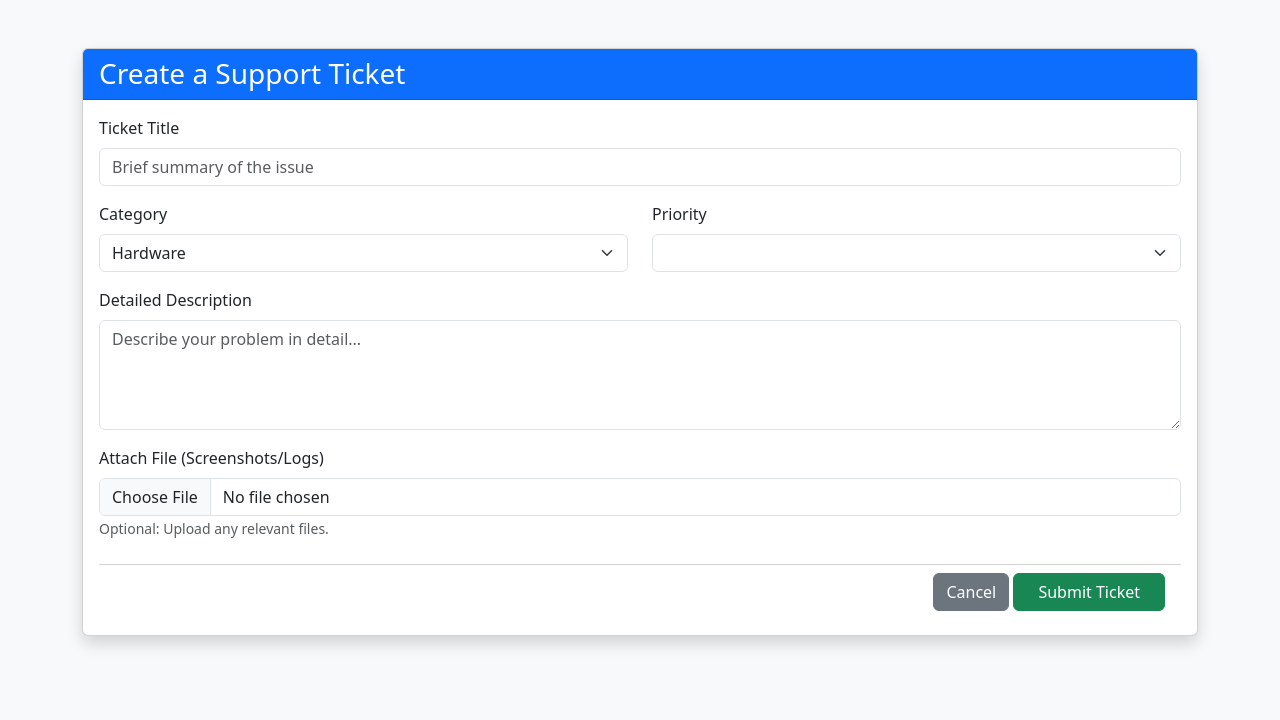
Repository: stevethetechguy/Ticketing-Gateway-System
Page: http://localhost/TicketGatewayUI/WEB-INF/views/raiseTicket.jsp
The author's editor kept a copy of each file at every save. The page is drawn from the files as they stood at one save, then again after the next save.
The browser window is 1280 px wide. The pictures show the whole page.
The page is served by Tomcat 9. Nobody is signed in. Other server files are loaded and not shown. The template is opened directly, without the code that normally fills it, so the values that code supplies are empty.

Above is the page before, as saved 2026-02-05 17:26:57.

### TicketGatewayUI/src/main/webapp/WEB-INF/views/raiseTicket.jsp
<%@ page language="java" contentType="text/html; charset=UTF-8" pageEncoding="UTF-8"%>
<%@ taglib prefix="form" uri="http://www.springframework.org/tags/form" %>
<%@ taglib prefix="c" uri="http://java.sun.com/jsp/jstl/core" %>

<!DOCTYPE html>
<html>
<head>
    <title>Raise New Ticket</title>
	<link href="https://cdn.jsdelivr.net/npm/bootstrap@5.3.8/dist/css/bootstrap.min.css" rel="stylesheet" integrity="sha384-sRIl4kxILFvY47J16cr9ZwB07vP4J8+LH7qKQnuqkuIAvNWLzeN8tE5YBujZqJLB" crossorigin="anonymous">
    <script src="https://code.jquery.com/jquery-3.6.0.min.js"></script>
</head>
<body class="bg-light">

<div class="container mt-5">
    <div class="card shadow">
        <div class="card-header bg-primary text-white">
            <h3 class="card-title mb-0">Create a Support Ticket</h3>
        </div>
        <div class="card-body">
            <form:form action="${pageContext.request.contextPath}/saveTicket"
                       method="POST"
                       modelAttribute="ticket"
                       enctype="multipart/form-data"
                       id="ticketForm">

                <div class="row">
                    <div class="col-md-12 mb-3">
                        <label class="form-label">Ticket Title</label>
                        <form:input path="title" class="form-control" placeholder="Brief summary of the issue" required="true"/>
                    </div>

                    <div class="col-md-6 mb-3">
                        <label class="form-label">Category</label>
                        <form:select path="category" class="form-select">
                            <form:option value="Hardware" label="Hardware"/>
                            <form:option value="Software" label="Software"/>
                            <form:option value="Network" label="Network"/>
                            <form:option value="Access Request" label="Access Request"/>
                        </form:select>
                    </div>

                    <div class="col-md-6 mb-3">
                        <label class="form-label">Priority</label>
                        <form:select path="priority" class="form-select">
                            <c:forEach items="${priorities}" var="p">
                                <form:option value="${p}" label="${p}"/>
                            </c:forEach>
                        </form:select>
                    </div>

                    <div class="col-md-12 mb-3">
                        <label class="form-label">Detailed Description</label>
                        <form:textarea path="description" class="form-control" rows="4" placeholder="Describe your problem in detail..." required="true"/>
                    </div>

                    <div class="col-md-12 mb-4">
                        <label class="form-label">Attach File (Screenshots/Logs)</label>
                        <input type="file" name="ticketFile" class="form-control" />
                        <small class="text-muted">Optional: Upload any relevant files.</small>
                    </div>
                </div>

                <div class="card-footer text-end bg-transparent">
                    <a href="${pageContext.request.contextPath}/dashboard" class="btn btn-secondary">Cancel</a>
                    <button type="submit" class="btn btn-success px-4">Submit Ticket</button>
                </div>
            </form:form>
        </div>
    </div>
</div>

<script>
    // Simple jQuery to show a loading state on the button
    $(document).ready(function() {
        $('#ticketForm').on('submit', function() {
            $(this).find('button[type="submit"]').attr('disabled', 'disabled').text('Submitting...');
        });
    });
</script>

</body>
</html>

### TicketGatewayUI/src/main/webapp/WEB-INF/views/navbar.jsp
<%@ taglib prefix="sec" uri="http://www.springframework.org/security/tags" %>
<nav class="main-nav">
    <div class="nav-container">
        <div class="logo">Ticketing System</div>
        <ul class="nav-links">
            <li><a href="/dashboard">Dashboard</a></li>

            <sec:authorize access="hasRole('USER')">
                <li><a href="/raise-ticket">Raise Ticket</a></li>
                <li><a href="/my-tickets">My Tickets</a></li>
            </sec:authorize>

            <sec:authorize access="hasRole('MANAGER')">
                <li><a href="/approvals">Pending Approvals</a></li>
            </sec:authorize>

            <sec:authorize access="hasRole('ADMIN')">
                <li><a href="/manage-users">Employees</a></li>
                <li><a href="/reports">Reports</a></li>
            </sec:authorize>

            <li><a href="/logout">Logout</a></li>
        </ul>
    </div>
</nav>

After the next save:
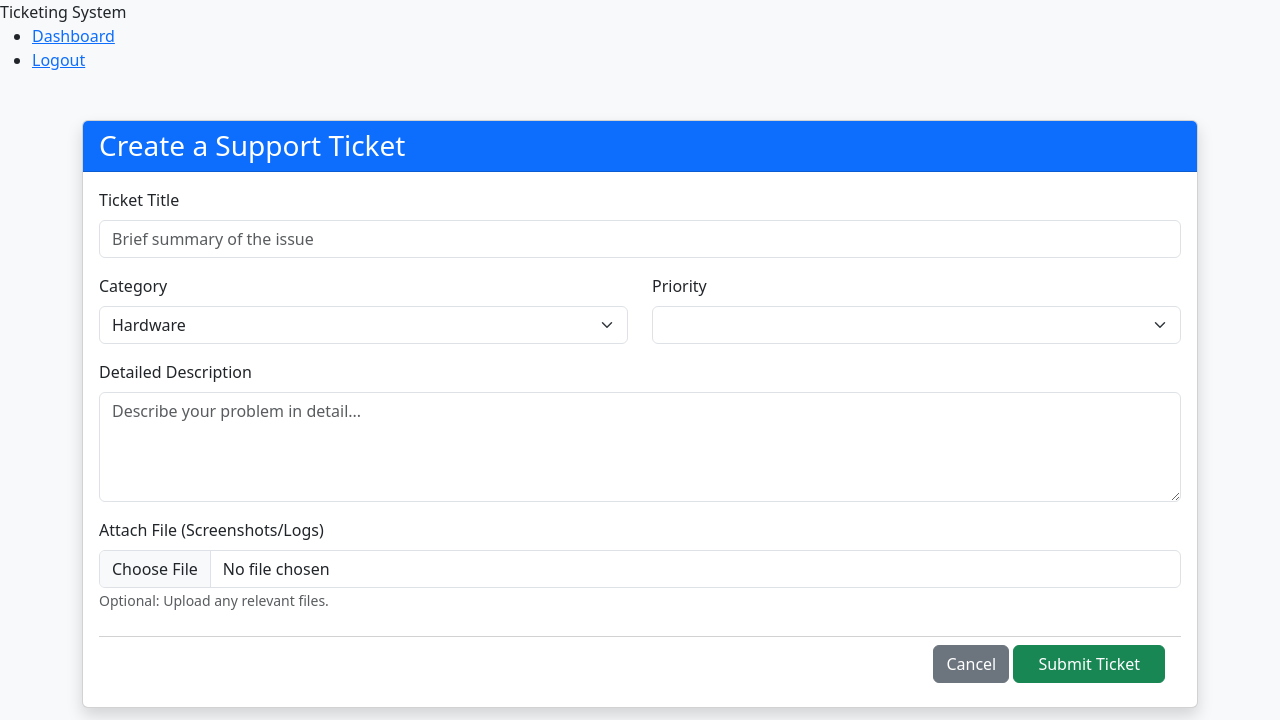
Saved 62 s later.
--- a/TicketGatewayUI/src/main/webapp/WEB-INF/views/raiseTicket.jsp
+++ b/TicketGatewayUI/src/main/webapp/WEB-INF/views/raiseTicket.jsp
@@ -10,6 +10,7 @@
     <script src="https://code.jquery.com/jquery-3.6.0.min.js"></script>
 </head>
 <body class="bg-light">
+<%@ include file="navbar.jsp" %>
 
 <div class="container mt-5">
     <div class="card shadow">
